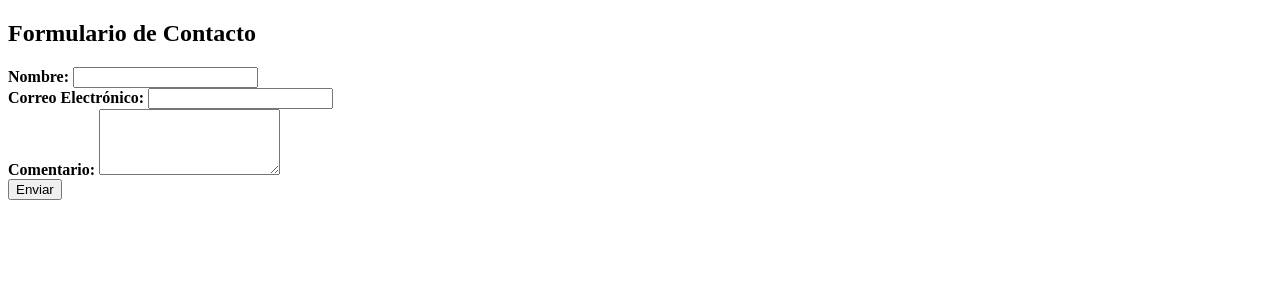
Repository: profe-ggarrido/desaf-aplic-web-python
Page: http://localhost/contacto/
These files come from the project's save history. The page is drawn as it stood at one moment and after the next save; the edit follows.
The browser window is 1280 px wide. The pictures show the whole page.
The page is served by the project's application, run on Django 4.2 (pro_alfa/manage.py). Other server files are loaded and not shown.

Above is the page before, as saved 2024-04-30 14:04:57.

### pro_alfa/mascotasApp/views.py
from django.shortcuts import render

#Se debe importar la libreria HttpResponse
from django.http import HttpResponse


def home(request):
    return HttpResponse(
        """
        <h1>ESTE ES MI HOME</h1>
        <h3>Django es un marco dedesarrollo web de código abierto, escrito en Python, que permite la creación de aplicaciones web rápidas y seguras. Ofrece una interfaz sencilla y robusta para diseñar aplicaciones web con un enfoque en la reutilización y el desarrollo ágil1. A continuación, te proporciono más detalles sobre Django:</h3><br>

<strong><u><h3>¿Qué es Django?</h3></u></strong>
Django es un framework web de alto nivel que permite el desarrollo rápido de sitios web seguros y mantenibles.
Desarrollado por programadores experimentados, Django se encarga de gran parte de las complicaciones del desarrollo web, lo que te permite concentrarte en escribir tu aplicación sin necesidad de reinventar la rueda.
Es gratuito y de código abierto, tiene una comunidad próspera y activa, una gran documentación y muchas opciones de soporte gratuito y de pago2.<br><br>
<u><strong>Características principales de Django:</strong></u><br><br>
<u>Completo:</u> <br>Sigue la filosofía “Baterías incluidas” y provee casi todo lo que los desarrolladores quisieran que tenga “de fábrica”. Todo lo que necesitas es parte de un único “producto”, lo que facilita el desarrollo y mantiene la consistencia.<br>
<u>Versátil:</u> <br>Puede ser usado para construir casi cualquier tipo de sitio web, desde sistemas manejadores de contenidos y wikis hasta redes sociales y sitios de noticias. Además, puede funcionar con cualquier framework en el lado del cliente y devolver contenido en diversos formatos (HTML, RSS feeds, JSON, XML, etc.).<br>
<u>Seguro:</u> <br>Ayuda a los desarrolladores a evitar errores comunes de seguridad al proporcionar un framework diseñado para proteger automáticamente el sitio web. Por ejemplo, maneja de forma segura las cuentas de usuario y contraseñas.<br><br>
<u>Cómo empezar con Django:</u><br>
Si es la primera vez que utilizas Django, debes hacer algunas configuraciones iniciales, como autogenerar un código que establezca un proyecto Django (un conjunto de ajustes para una instancia de Django, incluida la configuración de la base de datos y opciones específicas).

    """
    )

def about(request):
    return HttpResponse("""
            <h2>PAGINA ABOUT</H2><BR><br>
            <p>Lorem ipsum dolor sit amet consectetur, adipisicing elit. Cum laboriosam numquam consequatur,
            placeat natus voluptas dolorum, fugit excepturi rerum aliquid possimus at facilis laborum s
            ed? Vitae temporibus officia quos fuga.</p>

            """)


def contacto(request):
    return HttpResponse("""
        <!DOCTYPE html>
<html lang="es">
<head>
    <meta charset="UTF-8">
    <meta name="viewport" content="width=device-width, initial-scale=1.0">
    <title>Formulario de Contacto</title>
</head>
<body>
    <h2>Formulario de Contacto</h2>
    <form action="#" method="POST">
        <div>
            <label for="nombre"><strong>Nombre:</strong></label>
            <input type="text" id="nombre" name="nombre" required>
        </div>
        <div>
            <label for="email"><strong>Correo Electrónico:</strong></label>
            <input type="email" id="email" name="email" required>
        </div>
        <div>
            <label for="comentario"><strong>Comentario:</strong></label>
            <textarea id="comentario" name="comentario" rows="4" required></textarea>
        </div>
        <div>
            <button type="submit">Enviar</button>
        </div>
    </form>
</body>
</html>

        """
                        )

### pro_alfa/pro_alfa/urls.py
"""
URL configuration for pro_alfa project.

The `urlpatterns` list routes URLs to views. For more information please see:
    https://docs.djangoproject.com/en/4.2/topics/http/urls/
Examples:
Function views
    1. Add an import:  from my_app import views
    2. Add a URL to urlpatterns:  path('', views.home, name='home')
Class-based views
    1. Add an import:  from other_app.views import Home
    2. Add a URL to urlpatterns:  path('', Home.as_view(), name='home')
Including another URLconf
    1. Import the include() function: from django.urls import include, path
    2. Add a URL to urlpatterns:  path('blog/', include('blog.urls'))
"""
from django.contrib import admin
from django.urls import path

from mascotasApp.views import home
from mascotasApp.views import about
from mascotasApp.views import contacto


urlpatterns = [
    path('admin/', admin.site.urls),

    path("",home),
    path("about/",about),
    path("contacto/",contacto)
]

After the next save:
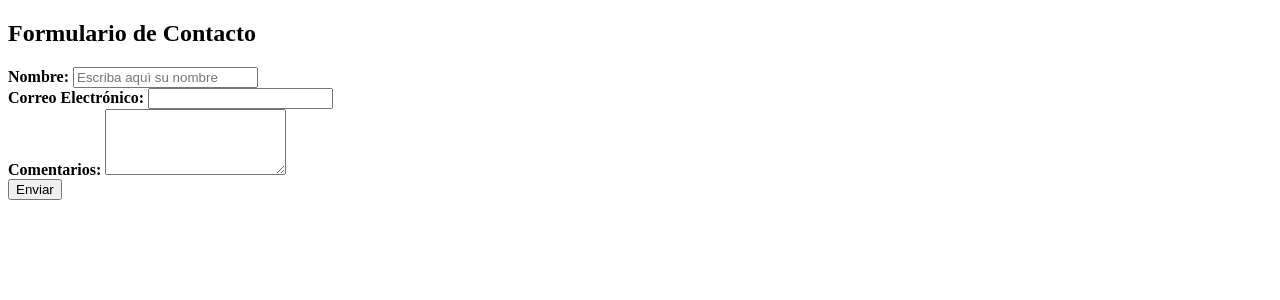
Saved 2 min 6 s later.
--- a/pro_alfa/mascotasApp/views.py
+++ b/pro_alfa/mascotasApp/views.py
@@ -48,14 +48,14 @@
     <form action="#" method="POST">
         <div>
             <label for="nombre"><strong>Nombre:</strong></label>
-            <input type="text" id="nombre" name="nombre" required>
+            <input type="text" id="nombre" name="nombre" required placeholder="Escriba aquì su nombre">
         </div>
         <div>
             <label for="email"><strong>Correo Electrónico:</strong></label>
             <input type="email" id="email" name="email" required>
         </div>
         <div>
-            <label for="comentario"><strong>Comentario:</strong></label>
+            <label for="comentario"><strong>Comentarios:</strong></label>
             <textarea id="comentario" name="comentario" rows="4" required></textarea>
         </div>
         <div>
